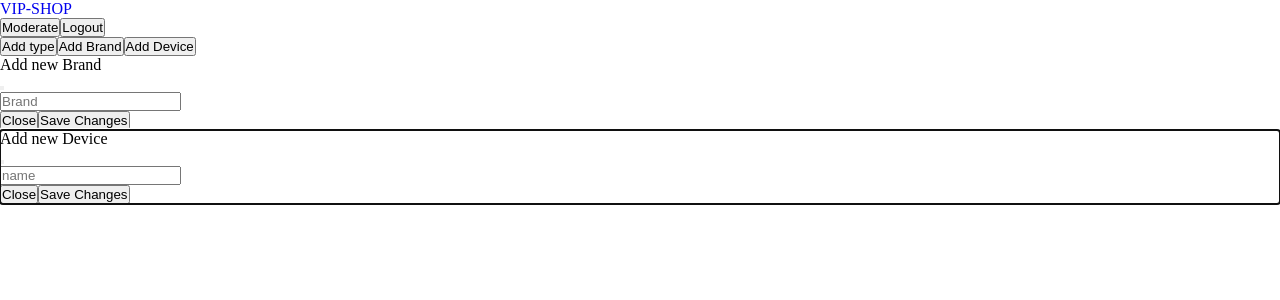
Repository: Mirsmog/VIP-SHOP
Page: /admin (app in client/)
The author's editor kept a copy of each file at every save. The page is drawn from the files as they stood at one save, then again after the next save.
The browser window is 1280 px wide. The pictures show the whole page.
The project was rebuilt for these pictures with package versions that can differ from the ones it lists, and the page was loaded fresh each time. Also part of the build but not shown: client/vite.config.js, client/src/pages/Auth.jsx, client/src/pages/DevicePage.jsx, client/src/components/TypeBar.jsx, client/src/components/BrandBar.jsx, client/src/components/DeviceItem.jsx, client/src/components/DeviceList.jsx, client/src/pages/Shop.jsx and 1 more.

Above is the page before, as saved 2023-11-04 17:03:51.

### client/src/main.jsx
import React from 'react';
import ReactDOM from 'react-dom/client';
import App from './App.jsx';
import userStore from './store/userStore.js';
import deviceStore from './store/deviceStore.js';
export const Context = React.createContext(null);

ReactDOM.createRoot(document.getElementById('root')).render(
  <React.StrictMode>
    <Context.Provider
      value={{
        user: new userStore(),
        device: new deviceStore(),
      }}
    >
      <App />
    </Context.Provider>
  </React.StrictMode>
);

### client/src/App.jsx
import { BrowserRouter } from 'react-router-dom';
import './App.css';
import AppRouter from './components/AppRouter';
import NavBar from './components/NavBar';

function App() {
  const isAuth = false;
  return (
    <BrowserRouter>
      <NavBar />
      <AppRouter />
    </BrowserRouter>
  );
}

export default App;

### client/src/store/userStore.js
import { makeAutoObservable } from 'mobx';
export default class userStore {
  constructor() {
    this._isAuth = true;
    this._user = {};
    makeAutoObservable(this);
  }
  setIsAuth(bool) {
    this._isAuth = bool;
  }
  setUser(user) {
    this._user = user;
  }
  get isAuth() {
    return this._isAuth;
  }
  get user() {
    return this._user;
  }
}

### client/src/store/deviceStore.js
import { makeAutoObservable } from 'mobx';
export default class deviceStore {
  constructor() {
    this._types = [
      { id: 1, name: 'Phones' },
      { id: 2, name: 'Laptops' },
      { id: 3, name: 'Televisions' },
      { id: 4, name: 'Game Stations' },
      { id: 5, name: 'Computers' },
      { id: 6, name: 'Wash machines' },
    ];
    this._brands = [
      { id: 1, name: 'Xiaomi' },
      { id: 2, name: 'Lenovo' },
      { id: 3, name: 'Apple' },
      { id: 4, name: 'Samsung' },

    ];
    this._selectedType = {};
    this._selectedBrand = {};

    this._devices = [
      {
        id: 1,
        name: 'iphone 12 max pro',
        price: 98000,
        rating: 5,
        img: 'https://www.tradeinn.com/f/13782/137821846/apple-iphone-12-pro-max-6gb-128gb-67-%D0%B4%D1%8E%D0%B9%D0%BC%D0%B0.jpg',
      },
      {
        id: 2,
        name: 'iphone 12 max pro',
        price: 98000,
        rating: 5,
        img: 'https://www.tradeinn.com/f/13782/137821846/apple-iphone-12-pro-max-6gb-128gb-67-%D0%B4%D1%8E%D0%B9%D0%BC%D0%B0.jpg',
      },
      {
        id: 3,
        name: 'iphone 12 max pro',
        price: 98000,
        rating: 5,
        img: 'https://www.tradeinn.com/f/13782/137821846/apple-iphone-12-pro-max-6gb-128gb-67-%D0%B4%D1%8E%D0%B9%D0%BC%D0%B0.jpg',
      },
      {
        id: 4,
        name: 'iphone 12 max pro',
        price: 98000,
        rating: 5,
        img: 'https://www.tradeinn.com/f/13782/137821846/apple-iphone-12-pro-max-6gb-128gb-67-%D0%B4%D1%8E%D0%B9%D0%BC%D0%B0.jpg',
      },{
        id: 5,
        name: 'iphone 12 max pro',
        price: 98000,
        rating: 5,
        img: 'https://www.tradeinn.com/f/13782/137821846/apple-iphone-12-pro-max-6gb-128gb-67-%D0%B4%D1%8E%D0%B9%D0%BC%D0%B0.jpg',
      },{
        id: 6,
        name: 'iphone 12 max pro',
        price: 98000,
        rating: 5,
        img: 'https://www.tradeinn.com/f/13782/137821846/apple-iphone-12-pro-max-6gb-128gb-67-%D0%B4%D1%8E%D0%B9%D0%BC%D0%B0.jpg',
      },{
        id: 7,
        name: 'iphone 12 max pro',
        price: 98000,
        rating: 5,
        img: 'https://www.tradeinn.com/f/13782/137821846/apple-iphone-12-pro-max-6gb-128gb-67-%D0%B4%D1%8E%D0%B9%D0%BC%D0%B0.jpg',
      },{
        id: 8,
        name: 'iphone 12 max pro',
        price: 98000,
        rating: 5,
        img: 'https://www.tradeinn.com/f/13782/137821846/apple-iphone-12-pro-max-6gb-128gb-67-%D0%B4%D1%8E%D0%B9%D0%BC%D0%B0.jpg',
      },
    ];
    makeAutoObservable(this);
  }
  setSelectedType(type) {
    this._selectedType = type;
  }
  setSelectedBrand(brand) {
    this._selectedBrand = brand;
  }
  setTypes(types) {
    this._types = types;
  }
  setBrands(brands) {
    this._brands = brands;
  }
  setDevices(devices) {
    this._devices = devices;
  }

  get types() {
    return this._types;
  }
  get brands() {
    return this._brands;
  }
  get devices() {
    return this._devices;
  }
  get selectedType() {
    return this._selectedType;
  }
  get selectedBrand() {
    return this._selectedBrand;
  }
}

### client/src/App.css
* {
  margin: 0;
  padding: 0;
}



a{
  text-decoration: none;
}

### client/src/components/AppRouter.jsx
import React from 'react';
import { Route, Routes, redirect } from 'react-router-dom';
import { authRoutes, publicRoutes } from '../routes';
import { Context } from '../main';

function AppRouter() {
  const { user } = React.useContext(Context);
  return (
    <Routes>
      {user.isAuth &&
        authRoutes.map(({ path, Component }) => (
          <Route key={path} path={path} element={<Component/>}></Route>
        ))}
      {publicRoutes.map(({ path, Component }) => (
        <Route key={path} path={path} element={<Component />}></Route>
      ))}
    </Routes>
  );
}

export default AppRouter;

### client/src/components/NavBar.jsx
import React from 'react';
import Container from 'react-bootstrap/Container';
import Nav from 'react-bootstrap/Nav';
import Navbar from 'react-bootstrap/Navbar';
import Button from 'react-bootstrap/Button';
import { NavLink, useLocation, useNavigate } from 'react-router-dom';
import { ADMIN_ROUTE, LOGIN_ROUTE, SHOP_ROUTE } from '../utils/consts';
import { observer } from 'mobx-react-lite'; // Or "mobx-react".
import { Context } from '../main';

const NavBar = observer(() => {
  const { user } = React.useContext(Context);
  const navigate = useNavigate();
  return (
    <Navbar bg='dark' data-bs-theme='dark' variant='dark'>
      <Container>
        <NavLink
          className='text-warning text-2xl h3 font-weight-bold '
          to={SHOP_ROUTE}
        >
          VIP-SHOP
        </NavLink>
        {user.isAuth ? (
          <Nav className=' ml-auto gap-2'>
            <Button
              variant={'outline-light'}
              onClick={() => navigate(ADMIN_ROUTE)}
            >
              Moderate
            </Button>
            <Button
              variant={'outline-light'}
              onClick={() => navigate(LOGIN_ROUTE)}
            >
              Logout
            </Button>
          </Nav>
        ) : (
          <Nav className=' ml-auto'>
            <Button variant={'outline-light'} onClick={() => navigate()}>
              Join us
            </Button>
          </Nav>
        )}
      </Container>
    </Navbar>
  );
});

export default NavBar;

### client/src/routes.js
import Admin from './pages/Admin';
import Auth from './pages/Auth';
import DevicePage from './pages/DevicePage';
import Shop from './pages/Shop';
import Basket from './pages/Basket';
import {
  ADMIN_ROUTE,
  BASKET_ROUTE,
  DEVICE_ROUTE,
  LOGIN_ROUTE,
  REGISTRATION_ROUTE,
  SHOP_ROUTE,
} from './utils/consts';

export const authRoutes = [
  {
    path: ADMIN_ROUTE,
    Component: Admin,
  },
  {
    path: BASKET_ROUTE,
    Component: Basket,
  },
];

export const publicRoutes = [
  {
    path: SHOP_ROUTE,
    Component: Shop,
  },
  {
    path: LOGIN_ROUTE,
    Component: Auth,
  },
  {
    path: REGISTRATION_ROUTE,
    Component: Auth,
  },
  {
    path: DEVICE_ROUTE + '/:id',
    Component: DevicePage,
  },
];

### client/src/utils/consts.js
export const ADMIN_ROUTE = '/admin';
export const LOGIN_ROUTE = '/login';
export const REGISTRATION_ROUTE = '/registration';
export const SHOP_ROUTE = '/';
export const BASKET_ROUTE = '/basket';
export const DEVICE_ROUTE = '/device';

### client/src/pages/Admin.jsx
import React from 'react';
import Button from 'react-bootstrap/esm/Button';
import Container from 'react-bootstrap/esm/Container';
import CreateBrand from '../components/modals/CreateBrand';
import CreateType from '../components/modals/CreateType';
import CreateDevice from '../components/modals/CreateDevice';

function Admin() {
  const [brandVisible, setBrandVisible] = React.useState(false);
  const [typeVisible, setTypeVisible] = React.useState(false);
  const [deviceVisible, setDeviceVisible] = React.useState(false);
  return (
    <Container className='d-flex flex-column'>
      <Button
        onClick={() => setTypeVisible(true)}
        variant='outline-dark'
        className='mt-4 p-2'
      >
        Add type
      </Button>
      <Button
        onClick={() => setBrandVisible(true)}
        variant='outline-dark'
        className='mt-4 p-2'
      >
        Add Brand
      </Button>
      <Button onClick={() => setDeviceVisible(true)} variant='outline-dark' className='mt-4 p-2'>
        Add Device
      </Button>
      <CreateBrand show={brandVisible} onHide={() => setBrandVisible(false)} />
      <CreateType show={typeVisible} onHide={() => setTypeVisible(false)} />
      <CreateDevice
        show={deviceVisible}
        onHide={() => setDeviceVisible(false)}
      />
    </Container>
  );
}

export default Admin;

### client/src/components/modals/CreateBrand.jsx
import React from 'react';
import Modal from 'react-bootstrap/esm/Modal';
import Form from 'react-bootstrap/esm/Form';
import Button from 'react-bootstrap/esm/Button';

const CreateBrand = (show, onHide) => {
  return (
    <Modal show={show} onHide={onHide}>
      <Modal.Header closeButton>
        <Modal.Title>Add new Brand</Modal.Title>
      </Modal.Header>
      <Modal.Body>
        <Form>
          <Form.Control placeholder='Brand' />
        </Form>
      </Modal.Body>
      <Modal.Footer>
        <Button variant='secondary' onClick={onHide}>
          Close
        </Button>
        <Button variant='primary' onClick={onHide}>
          Save Changes
        </Button>
      </Modal.Footer>
    </Modal>
  );
};

export default CreateBrand;

### client/src/components/modals/CreateType.jsx
import React from 'react';
import Modal from 'react-bootstrap/esm/Modal';
import Form from 'react-bootstrap/esm/Form';
import Button from 'react-bootstrap/esm/Button';

const CreateType = ({ show, onHide }) => {
  console.log(onHide)
  return (
    <Modal show={false} onHide={onHide}>
      <Modal.Header closeButton>
        <Modal.Title>Add new type</Modal.Title>
      </Modal.Header>
      <Modal.Body>
        <Form>
          <Form.Control placeholder='Type'/>
        </Form>
      </Modal.Body>
      <Modal.Footer>
        <Button variant='secondary' onClick={onHide}>
          Close
        </Button>
        <Button variant='primary' onClick={onHide}>
          Save Changes
        </Button>
      </Modal.Footer>
    </Modal>
  );
};

export default CreateType;

### client/src/components/modals/CreateDevice.jsx
import React from 'react';
import Modal from 'react-bootstrap/esm/Modal';
import Form from 'react-bootstrap/esm/Form';
import Button from 'react-bootstrap/esm/Button';

const CreateDevice = (show, onHide) => {
  return (
    <Modal show={show} onHide={onHide}>
      <Modal.Header closeButton>
        <Modal.Title>Add new Device</Modal.Title>
      </Modal.Header>
      <Modal.Body>
        <Form>
          <Form.Control placeholder='name' />
        </Form>
      </Modal.Body>
      <Modal.Footer>
        <Button variant='secondary' onClick={() => onHide}>
          Close
        </Button>
        <Button variant='primary' onClick={() => onHide}>
          Save Changes
        </Button>
      </Modal.Footer>
    </Modal>
  );
};

export default CreateDevice;

After the next save:
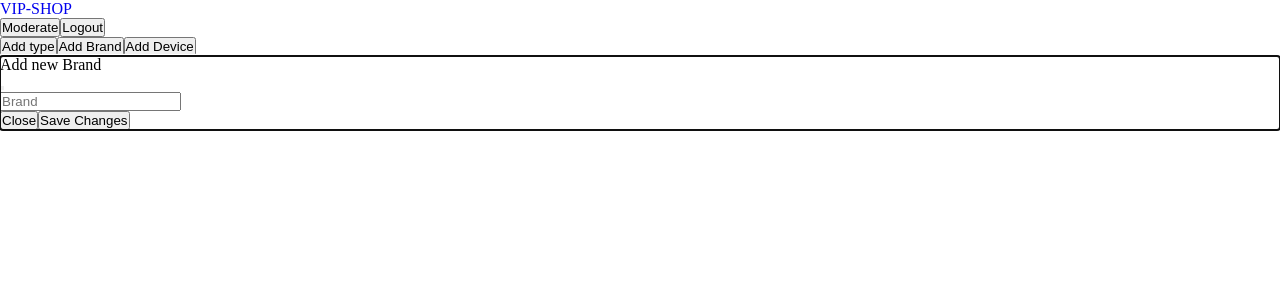
Saved 76 s later.
--- a/client/src/components/modals/CreateDevice.jsx
+++ b/client/src/components/modals/CreateDevice.jsx
@@ -5,7 +5,7 @@ import Button from 'react-bootstrap/esm/Button';
 
 const CreateDevice = (show, onHide) => {
   return (
-    <Modal show={show} onHide={onHide}>
+    <Modal show={false} onHide={onHide}>
       <Modal.Header closeButton>
         <Modal.Title>Add new Device</Modal.Title>
       </Modal.Header>
@@ -15,10 +15,10 @@ const CreateDevice = (show, onHide) => {
         </Form>
       </Modal.Body>
       <Modal.Footer>
-        <Button variant='secondary' onClick={() => onHide}>
+        <Button variant='secondary' onClick={onHide}>
           Close
         </Button>
-        <Button variant='primary' onClick={() => onHide}>
+        <Button variant='primary' onClick={onHide}>
           Save Changes
         </Button>
       </Modal.Footer>
